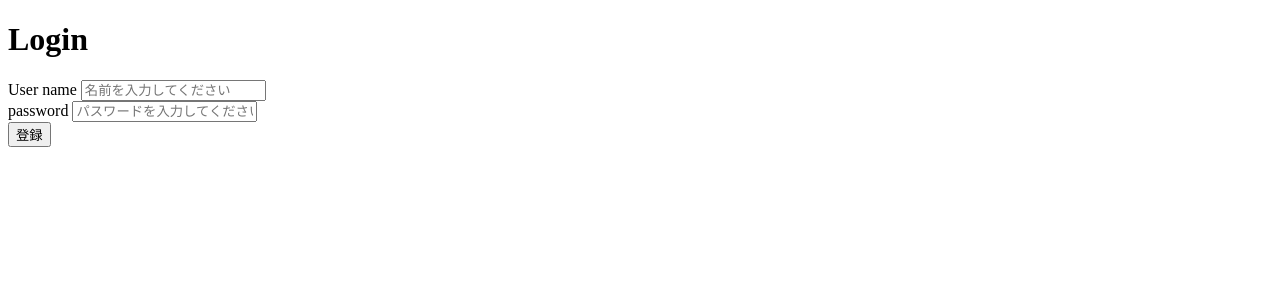
Repository: Jutta197/frontend726
Page: login.html
An editor plug-in stored every save of this project. The page is shown before and after the next save, followed by the edit.
The browser window is 1280 px wide. The pictures show the whole page.

Above is the page before, as saved 2023-07-28 08:16:52.

### login.html
<!DOCTYPE html>
<html lang="en">

<head>
    <meta charset="UTF-8">
    <meta name="viewport" content="width=device-width, initial-scale=1.0">
    <title>Document</title>
</head>

<body>
    <h1>Login</h1>
    <form action="" method="post"></form>
    <label for="username">User name</label>
    <input type="text" name="username" placeholder="名前を入力してください" required><br>
    <label for="password">password</label>
    <input type="password" name="password" placeholder="パスワードを入力してください"><br>
    <input type="submit" value="登録">
</body>

</html>

After the next save:
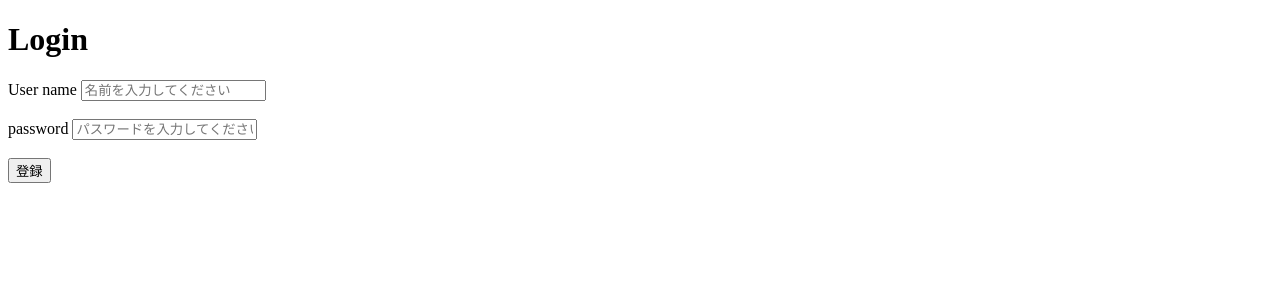
Saved 27 s later.
--- a/login.html
+++ b/login.html
@@ -11,9 +11,9 @@
     <h1>Login</h1>
     <form action="" method="post"></form>
     <label for="username">User name</label>
-    <input type="text" name="username" placeholder="名前を入力してください" required><br>
+    <input type="text" name="username" placeholder="名前を入力してください" required><br><br>
     <label for="password">password</label>
-    <input type="password" name="password" placeholder="パスワードを入力してください"><br>
+    <input type="password" name="password" placeholder="パスワードを入力してください"><br><br>
     <input type="submit" value="登録">
 </body>
 
